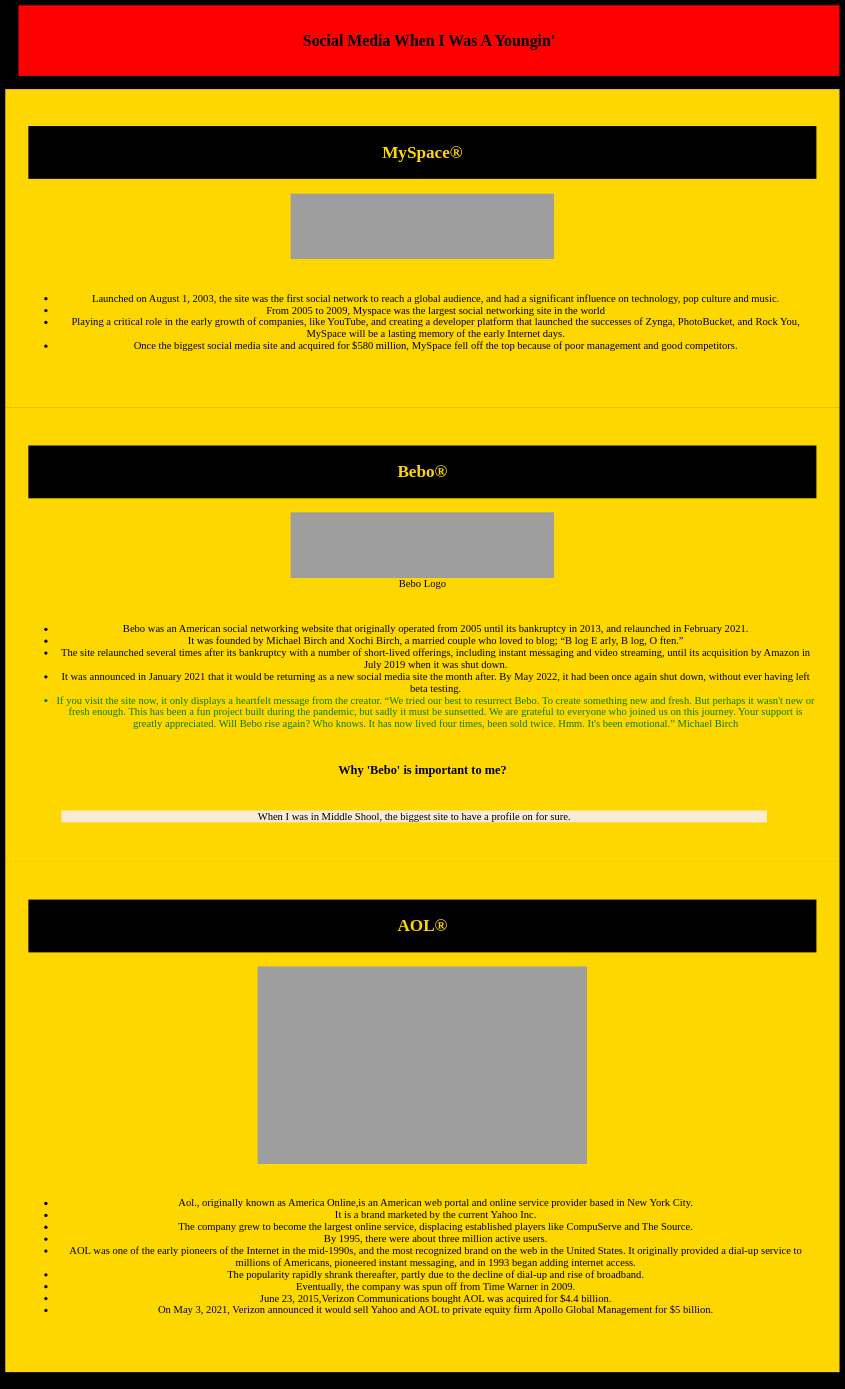
Repository: AndrewGrantt/LC101
Page: LC101/js-assignment-4-html-me-something-buffylow/index.html
These files come from the project's save history. The page is drawn as it stood at one moment and after the next save; the edit follows.
The browser window is 1280 px wide. The pictures show the whole page, at 66% of full size.
Pictures or frames that could not be fetched are drawn as grey boxes.

Above is the page before, as saved 2022-07-15 06:41:31.

### LC101/js-assignment-4-html-me-something-buffylow/index.html
<html>
<head>
<title>SOCIAL NETWORKS FOR THE AGES</title>
<link rel="stylesheet" href="styles.css">
</head>
<body>

<article class="all-sites">
   <h1 id="mainHeader">Social Media When I Was A Youngin'</h1>
  <article class="sites">

    <h2 id="headcolor">MySpace&reg;</h2>
    <img src="/images/MySpace_logo.jpg" alt="MySpace Logo 2004-2010" width="400" height="100">
    <p>
     <ul>
      <li>Launched on August 1, 2003, the site was the first social network to reach a global audience, and had a significant influence on technology, pop culture and music.</li>

      <li>From 2005 to 2009, Myspace was the largest social networking site in the world</li>

      <li>Playing a critical role in the early growth of companies, like YouTube, and creating a developer platform that launched the successes of Zynga, PhotoBucket, and Rock You, MySpace will be a lasting memory of the early Internet days. </li>

      <li> Once the biggest social media site and acquired for $580 million, MySpace fell off the top because of poor management and good competitors. </li>
     </ul>
   </p>

  </article>

  <article class="sites">
    <h2 id="headcolor">Bebo&reg;</h2>
    <figure>
      <img src="/images/bebo.jpg" alt="Bebo Logo" width="400" height="100">
      <figcaption>Bebo Logo</a></figcaption>
   </figure>
    <p>
    <ul>
      <li>Bebo was an American social networking website that originally operated from 2005 until its bankruptcy in 2013, and relaunched in February 2021.</li>
          <li>It was founded by Michael Birch and Xochi Birch, a married couple who loved to blog;
          “B log E arly, B log, O ften.” </li>
      <li>The site relaunched several times after its bankruptcy with a number of short-lived offerings, including instant messaging and video streaming, until its acquisition by Amazon in July 2019 when it was shut down. </li>
      <li>It was announced in January 2021 that it would be returning as a new social media site the month after. By May 2022, it had been once again shut down, without ever having left beta testing. </li>
     <li id="testP"> If you visit the site now, it only displays a heartfelt message from the creator.


      “We tried our best to resurrect Bebo.
      To create something new and fresh.
      But perhaps it wasn't new or fresh enough.
      This has been a fun project built during the pandemic, but sadly it must be sunsetted. We are grateful to everyone who joined us on this journey. Your support is greatly appreciated.
      Will Bebo rise again?
      Who knows. It has now lived four times, been sold twice. Hmm.
      It's been emotional.”

      Michael Birch</li>
   </ul>
   </p>
      <h3> Why 'Bebo' is important to me?</h3>
      <p>
         When I was in Middle Shool, the biggest site to have a profile on for sure.
      </p>
  </article>
  <article class="sites">
    <h2 id="headcolor">AOL&reg;</h2>
    <img src="/images/AOL.jpg" alt="AOL Logo" width="500" height="300">
    <p>
      <ul>
      <li>Aol., originally known as America Online,is an American web portal and online service provider based in New York City.</li>
      <li>It is a brand marketed by the current Yahoo Inc.</li>
      <li>The company grew to become the largest online service, displacing established players like CompuServe and The Source. </li>
      <li>By 1995, there were about three million active users.</li>
      <li>AOL was one of the early pioneers of the Internet in the mid-1990s, and the most recognized brand on the web in the United States. It originally provided a dial-up service to millions of Americans, pioneered instant messaging, and in 1993 began adding internet access.</li>
       <li>The popularity rapidly shrank thereafter, partly due to the decline of dial-up and rise of broadband.</li>
      <li>Eventually, the company was spun off from Time Warner in 2009.</li>
      <li>June 23, 2015,Verizon Communications bought AOL was acquired for $4.4 billion.</li>
      <li>On May 3, 2021, Verizon announced it would sell Yahoo and AOL to private equity firm Apollo Global Management for $5 billion.</li>
      </ul>
      </p>
  </article>
</article>
<footer>
   I CAN'T FORGET ABOUT THE SITES THAT MADE US

  --- &copy; Andrew 'BuffyLow' Grant---
</footer>
</body>
</html>

### LC101/js-assignment-4-html-me-something-buffylow/styles.css

body {
    background-color: black;
  }

  h1 {
    color: blueviolet;
    margin-left: 20px;
  }

    .sites {
    color: black;
    text-align: center;
    padding: 35px;
    background-color: gold;
  }
  p {
    margin-top: 50px;
    margin-bottom: 25px;
    margin-right: 75px;
    margin-left: 50px;
background-color: antiquewhite;
  }
  #mainHeader {
    background-color: red;
    color: black;
    padding: 40px;
    text-align: center;}

    #testP{
        color:green;
        text-align:center;
    }
    #headcolor{
        color:gold;
        padding: 25px;
        background-color: black;
        font-size: 26px;

    }

After the next save:
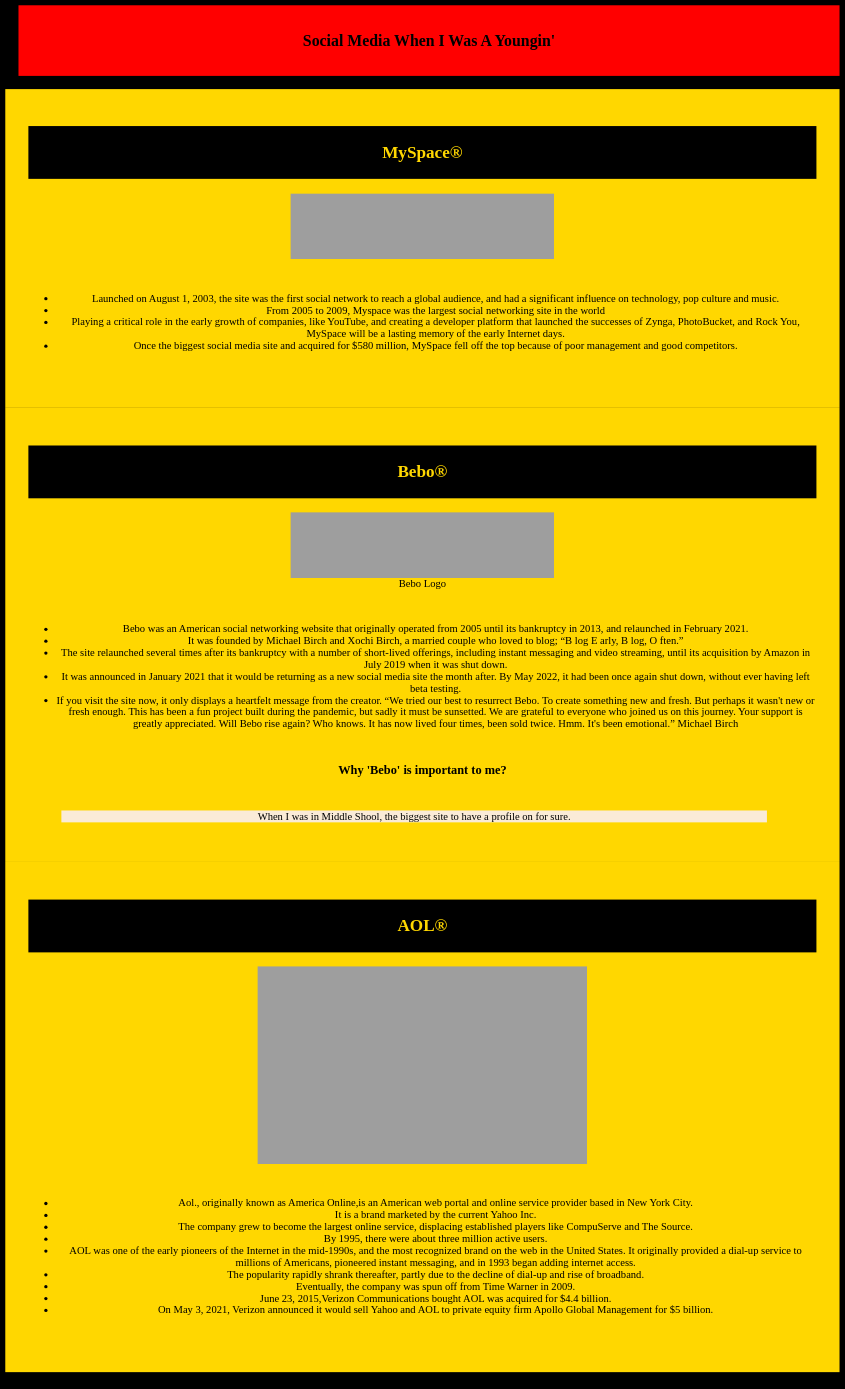
Saved 3 min 8 s later.
--- a/LC101/js-assignment-4-html-me-something-buffylow/index.html
+++ b/LC101/js-assignment-4-html-me-something-buffylow/index.html
@@ -38,7 +38,7 @@
           “B log E arly, B log, O ften.” </li>
       <li>The site relaunched several times after its bankruptcy with a number of short-lived offerings, including instant messaging and video streaming, until its acquisition by Amazon in July 2019 when it was shut down. </li>
       <li>It was announced in January 2021 that it would be returning as a new social media site the month after. By May 2022, it had been once again shut down, without ever having left beta testing. </li>
-     <li id="testP"> If you visit the site now, it only displays a heartfelt message from the creator.
+     <li id="testP" class="funParagraph"> If you visit the site now, it only displays a heartfelt message from the creator.
 
 
       “We tried our best to resurrect Bebo.
--- a/LC101/js-assignment-4-html-me-something-buffylow/styles.css
+++ b/LC101/js-assignment-4-html-me-something-buffylow/styles.css
@@ -28,8 +28,11 @@
     text-align: center;}
 
     #testP{
-        color:green;
+        color:black;
         text-align:center;
+    }
+    .funParagraph{
+        color:green
     }
     #headcolor{
         color:gold;

After the save that followed:
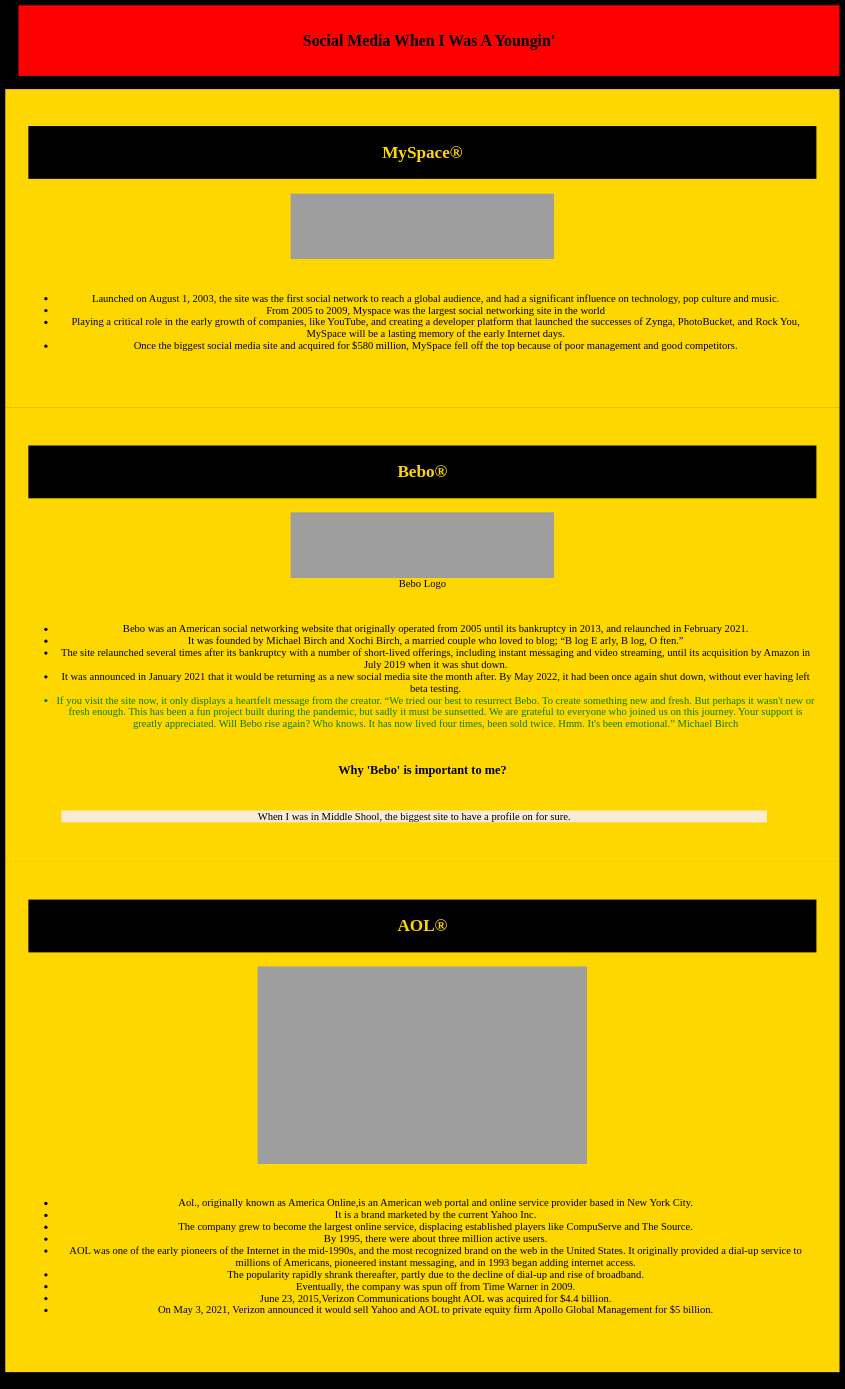
Saved 94 s later.
--- a/LC101/js-assignment-4-html-me-something-buffylow/index.html
+++ b/LC101/js-assignment-4-html-me-something-buffylow/index.html
@@ -38,7 +38,7 @@
           “B log E arly, B log, O ften.” </li>
       <li>The site relaunched several times after its bankruptcy with a number of short-lived offerings, including instant messaging and video streaming, until its acquisition by Amazon in July 2019 when it was shut down. </li>
       <li>It was announced in January 2021 that it would be returning as a new social media site the month after. By May 2022, it had been once again shut down, without ever having left beta testing. </li>
-     <li id="testP" class="funParagraph"> If you visit the site now, it only displays a heartfelt message from the creator.
+     <li class="funParagraph"> If you visit the site now, it only displays a heartfelt message from the creator.
 
 
       “We tried our best to resurrect Bebo.
